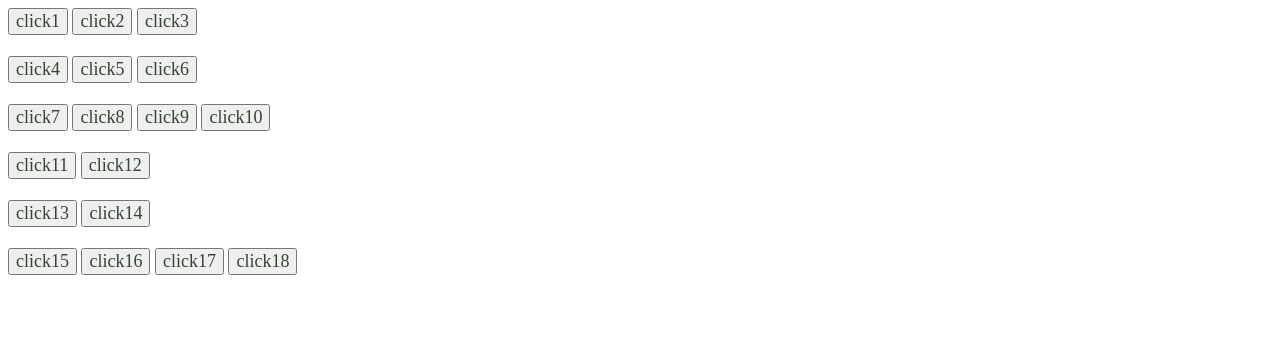
Repository: youngsik0405/Web-study
Page: JsonApp/WebContent/JsonTest07.html
These files come from the project's save history. The page is drawn as it stood at one moment and after the next save; the edit follows.
The browser window is 1280 px wide. The pictures show the whole page.

Above is the page before, as saved 2025-02-05 03:08:11.

### JsonApp/WebContent/JsonTest07.html
<!DOCTYPE html>
<html>
<head>
<meta charset="UTF-8">
<title>JsonTest07.html</title>
<link rel="stylesheet" type="text/css" href="css/main.css">
<script type="text/javascript">

	var myJsonObject7 =
	[
		"test"
	]

	var myJsonObject7_1 =
	[
		"test1", "test2"
	]

	var myJsonObject7_2 =
	[
		"test1", "test2", 123, 123+1
	]

</script>


</head>
<body>

<form>

	<input type="button" value="click1" onclick="alert(myJsonObject7)">
	<!-- test -->

	<input type="button" value="click2" onclick="alert(myJsonObject7_1)">
	<!-- test1, test2 -->

	<input type="button" value="click3" onclick="alert(myJsonObject7_2)">
	<!-- test1, test2, 123, 124 -->

	<br><br>


	<input type="button" value="click4" onclick="alert(typeof myJsonObject7)">
	<!-- object -->

	<input type="button" value="click5" onclick="alert(typeof myJsonObject7_1)">
	<!-- object -->

	<input type="button" value="click6" onclick="alert(typeof myJsonObject7_2)">
	<!-- object -->


	<br><br>


	<input type="button" value="click7" onclick="alert(myJsonObject7[0])">
	<!-- test -->

	<input type="button" value="click8" onclick="alert(typeof myJsonObject7[0])">
	<!-- string -->

	<input type="button" value="click9" onclick="alert(myJsonObject7[1])">
	<!-- undefined -->

	<input type="button" value="click10" onclick="alert(typeof myJsonObject7[1])">
	<!-- undefined -->


	<br><br>


	<input type="button" value="click11"
		onclick="alert(myJsonObject7_1[0] + myJsonObject7_1[1])">
	<!-- test1test2 -->

	<input type="button" value="click12"
		onclick="alert(typeof (myJsonObject7_1[0] + myJsonObject7_1[1]))">
	<!-- string -->


	<br><br>

	<input type="button" value="click13"
		onclick="alert(myJsonObject7_2[2] + myJsonObject7_2[3])">
	<!-- 247 -->

	<input type="button" value="click14"
		onclick="alert(typeof (myJsonObject7_2[2] + myJsonObject7_2[3]))">
	<!-- number -->


	<br><br>

	<!-- check~!!! -->
	<input type="button" value="click15"
		onclick="alert(myJsonObject7_1[0] + myJsonObject7_1[2])">
	<!-- test1undefined -->

	<input type="button" value="click16"
		onclick="alert(typeof (myJsonObject7_1[0] + myJsonObject7_1[2]))">
	<!-- string -->

	<!-- check~!! -->
	<input type="button" value="click17"
		onclick="alert(myJsonObject7_2[3] + myJsonObject7_2[4])">
	<!-- test1undefined -->

	<input type="button" value="click18"
		onclick="alert(typeof (myJsonObject7_2[3] + myJsonObject7_2[4]))">

</form>



</body>
</html>

### JsonApp/WebContent/css/main.css
@charset "UTF-8";

/* main.css */

*
{
	font-family: 맑은 고딕;
	color: #334433;
}

body, p, div, span, input, table, th, td, select
{
	font-size: 18px;
}

.control
{
	border: 1px solid gray;
	border-radius: 3px;
}

.table
{
	border-collapse: collapse;
	width: 100%;
}

.table th, .table td
{
	border: 1px solid gray;
	border-left: 0px;
	border-right: 0px;
	padding: 3px;
	line-height: 150%;
}

.table th
{
	font-weight: bold;
	background-color: #eeeeee;
}

.btn
{
	font-weight: bold;
}

.btn:hover
{
	color: white;
	background-color: #778877;
}

After the next save:
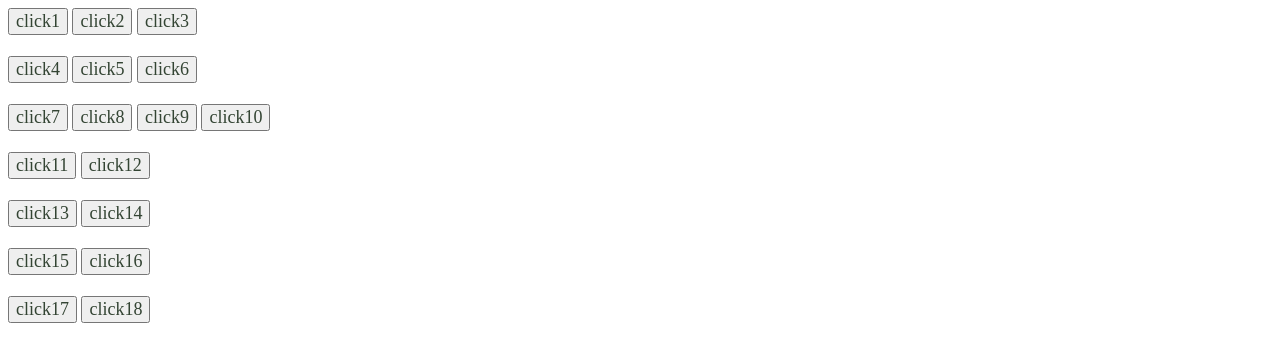
Saved 54 s later.
--- a/JsonApp/WebContent/JsonTest07.html
+++ b/JsonApp/WebContent/JsonTest07.html
@@ -101,10 +101,13 @@
 		onclick="alert(typeof (myJsonObject7_1[0] + myJsonObject7_1[2]))">
 	<!-- string -->
 
+
+	<br><br>
+
 	<!-- check~!! -->
 	<input type="button" value="click17"
 		onclick="alert(myJsonObject7_2[3] + myJsonObject7_2[4])">
-	<!-- test1undefined -->
+
 
 	<input type="button" value="click18"
 		onclick="alert(typeof (myJsonObject7_2[3] + myJsonObject7_2[4]))">
